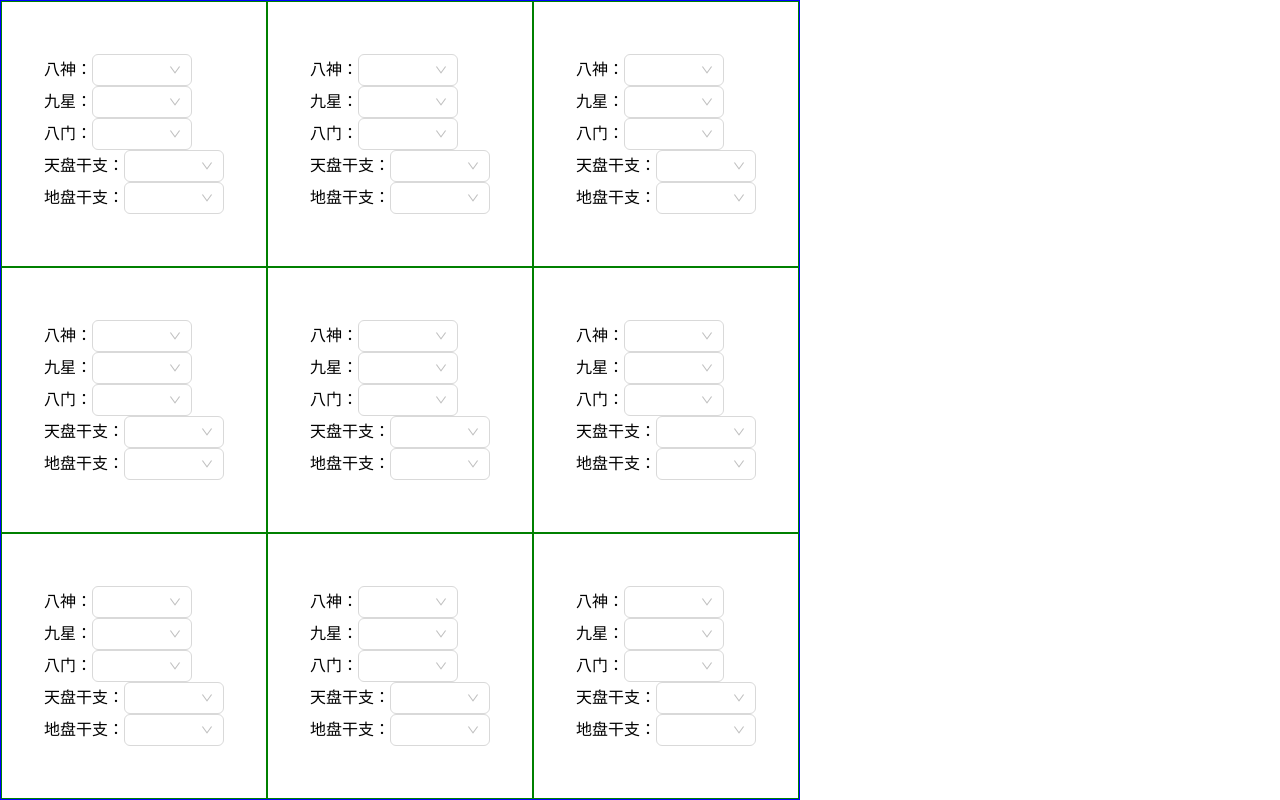
Repository: DaozhangChen/qiMen
Page: /
An editor plug-in stored every save of this project. The page is shown before and after the next save, followed by the edit.
The browser window is 1280 px wide. The pictures show the whole page.
The project was rebuilt for these pictures with package versions that can differ from the ones it lists, and the page was loaded fresh each time. Also part of the build but not shown: vite.config.js.

Above is the page before, as saved 2024-04-05 17:23:16.

### src/App.jsx
import Sudoku from './compoment/Sudoku'

function App() {

  return (
    <>
      <Sudoku />
    </>
  )
}

export default App

### src/index.css
* {
  padding: 0;
  margin: 0;
  box-sizing: border-box;
}

ul,
li {
  list-style: none;
}

### src/compoment/Sudoku.jsx
import "./Sudoku.css"
import InfoSelect from "./InfoSelect"
import { useState } from "react"

function Sudoku() {
    const regionArr = [
        { number: 4, area: "巽" },
        { number: 9, area: "离" },
        { number: 2, area: "坤" },
        { number: 3, area: "震" },
        { number: 5, area: "中" },
        { number: 7, area: "兑" },
        { number: 8, area: "艮" },
        { number: 1, area: "坎" },
        { number: 6, area: "乾" }
    ]
    const [detailInfo, setDetailInfo] = useState(regionArr)


    return (
        <div className="sudoku-grid">
            {/* 生成九宫格 */}
            {detailInfo.map((value) => (
                <div key={value.number} className="sudoku-row" data-key={value.number}>
                    <ul>
                        <li className="sudoku-cell">
                            <ul>
                                <li className="god">八神：<span><InfoSelect type="god" setDetailInfo={setDetailInfo} area={value.number} /></span></li>
                                <li className="star">九星：<span><InfoSelect type="star" setDetailInfo={setDetailInfo} area={value.number} /></span></li>
                                <li className="door">八门：<span><InfoSelect type="door" setDetailInfo={setDetailInfo} area={value.number} /></span></li>
                                <li className="upStem">天盘干支：<span><InfoSelect type="upStem" setDetailInfo={setDetailInfo} area={value.number} /></span></li>
                                <li className="downStem">地盘干支：<span><InfoSelect type="downStem" setDetailInfo={setDetailInfo} area={value.number} /></span></li>
                            </ul>
                        </li>
                    </ul>
                </div>
            ))}
        </div>
    )
}
export default Sudoku

### src/compoment/Sudoku.css
.sudoku-grid {
    border: 1px solid blue;
    width: 800px;
    height: 800px;
    display: grid;
    grid-template-columns: repeat(3, 1fr);
    grid-template-rows: repeat(3, 1fr);

}

.sudoku-row {
    display: flex;
    border: 1px solid green;
    align-items: center;
    justify-content: center;
}

.sudoku-cell>li {
    margin: 5px 0px;
}

### src/compoment/InfoSelect.jsx
import { Select } from "antd";
import setOption from "../toolFunction/setOption"

// eslint-disable-next-line react/prop-types
const InfoSelect = ({ type, setDetailInfo, area }) => {
    const option = setOption(type)


    const setValue = (value) => {
        //设置全局value
        setDetailInfo(originArr => {
            const newArr = originArr.map((item) => {
                if (item.number === area) {
                    console.log(type)
                    item[type] = value
                    return item
                } else {
                    return item
                }
            })
            console.log(newArr)
            return newArr
        })
    }

    return (
        <>
            <Select style={{ width: 100 }} options={option} onChange={setValue} />
        </>
    )
}

export default InfoSelect

### src/toolFunction/setOption.js
function setupOption(arr) {
    const option = arr.map((value) => {
        const obj = {}
        obj.label = value
        obj.value = value
        return obj
    })
    return option
}

const setOption = (type) => {
    const godArr = ["值符", "腾蛇", "太阴", "六合", "白虎", "玄武", "九地", "九天"]
    const starArr = ["天蓬星", "天任星", "天冲星", "天辅星", "天英星", "天芮星", "天柱星", "天心星", "天禽星"]
    const doorArr = ["休门", "生门", "伤门", "杜门", "景门", "死门", "惊门", "开门"]
    const stemArr = ["戊", "己", "庚", "辛", "壬", "癸", "丁", "丙", "乙"]
    const resultMap = {
        "god": setupOption(godArr),
        "star": setupOption(starArr),
        "door": setupOption(doorArr),
        "upStem": setupOption(stemArr),
        "downStem": setupOption(stemArr)
    }
    return resultMap[type]
}

export default setOption

### src/compoment/HeaderLabel.jsx
const HeaderInfo = () => {
    return (
        <>
            <div>header</div>
        </>
    )
}

export default HeaderInfo

Loaded but not shown: index.html (common file); src/main.jsx (common file)

After the next save:
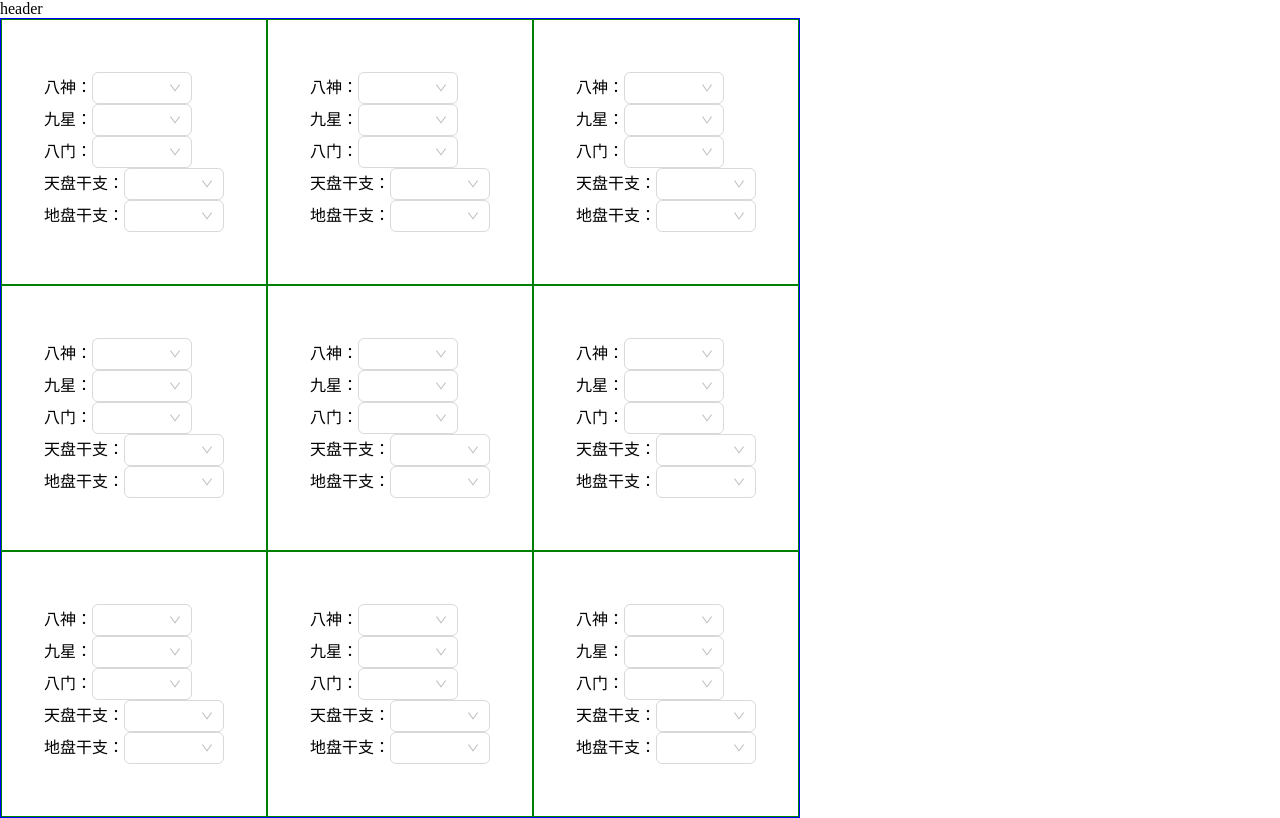
Saved 18 s later.
--- a/src/App.jsx
+++ b/src/App.jsx
@@ -1,9 +1,11 @@
+import HeaderInfo from './compoment/HeaderLabel'
 import Sudoku from './compoment/Sudoku'
 
 function App() {
 
   return (
     <>
+      <HeaderInfo />
       <Sudoku />
     </>
   )
